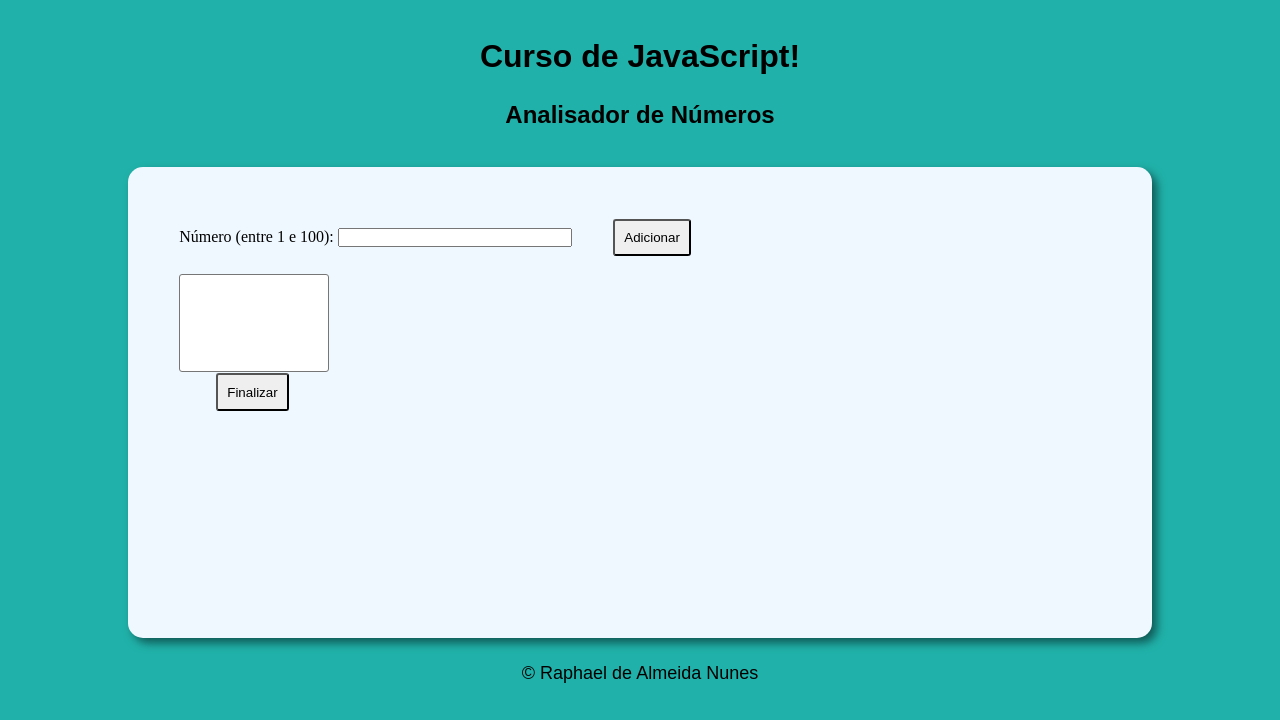
Repository: raphaanunes/codigos
Page: Cursos JavaScript/exercício/analisador de números/analisador.html
These files come from the project's save history. The page is drawn as it stood at one moment and after the next save; the edit follows.
The browser window is 1280 px wide. The pictures show the whole page.

Above is the page before, as saved 2024-08-11 14:22:48.

### Cursos JavaScript/exercício/analisador de números/analisador.html
<!DOCTYPE html>
<html lang="pt-BR">

<head>
    <meta charset="UTF-8">
    <meta name="viewport" content="width=device-width, initial-scale=1.0">
    <title> Analisador de Números </title>

    <link rel="stylesheet" href="analisador.css">


</head>

<body>
    <h1> Curso de JavaScript!</h1>
    <h2> Analisador de Números </h2>

    <section> <!-- aqui comeca a section -->


        <div>

            Número (entre 1 e 100):
            <input type="number" name="fnum" id="fnum">
            <input type="button" id="botao" value="Adicionar" onclick="adicionar()">
            <br><select name="flista" id="flista" size="6"></select>
            <br><input type="button" id="botao" value="Finalizar">

        </div>
        <div id="res">

        </div>
    </section><!-- aqui termina o section -->

    <footer>
        <p> &copy; Raphael de Almeida Nunes </p>
    </footer>
    <script src="analisador.js"></script>
</body>

</html>

### Cursos JavaScript/exercício/analisador de números/analisador.css
@charset "UTF-8";
/* geral */
* {
    padding: 0;
    margin: 0;
}
body {
    background-color: lightseagreen;
    color: black;
}

/* seção  */
section{

    background-color: aliceblue;
    width: 80%;
    height: 10%;
    margin-left: auto;
    margin-right: auto;
    margin-top: 3%;
    border-radius: 15px;
    padding: 0% 0% 5% 0%;
    box-shadow: 5px 5px 10px rgba(0, 0, 0, 0.5);

}
h1 {
    font-family: sans-serif;
    font-size: xx-large;
    text-align: center;
    margin-top: 3%;
    color: black;
}

h2 {
    font-family: sans-serif;
    font-size: x-large;
    text-align: center;
    margin: 2%;
    color: black;
}

p{
    font-family: sans-serif;
    font-size: large;
}

    /* input */

    input{width: 25%;}
    input {margin-bottom: 1%;}

    /* botao*/

input#botao{
        padding: 1%;
        width:fit-content;
        margin-left: 4%;
        border-radius: 3px;
    }

div{
    padding: 5%;

}

/* rodape */

footer{
    font-family: 'Franklin Gothic Medium', 'Arial Narrow', Arial, sans-serif;
    text-align: center;
    padding: 1%;
    color: black;

    width: 25%;
    margin-left: auto;
    margin-right:auto ;
    margin-top: 1%;
    border-radius: 15px;
}

select#flista{
    width: 150px;
    margin-left: auto;
    margin-right:auto ;
    margin-top: 1%;
    border-radius: 3px;
}

### Cursos JavaScript/exercício/analisador de números/analisador.js
let num = document.querySelector('input#fnum');
let lista = document.querySelector('select#flista');
let res = document.querySelector('div#res');
let valores = []


function isNumero(n){
    if(Number(n) >= 1 && Number(n) <= 100){
        return true
    } else {
        return false
    }
}

function inLista(n, l){
    if (l.indexOf(Number(n)) != -1){
        return true
    } else {
        return false
    }
}


function adicionar(){
    if(isNumero(num.value) && !inLista(num.value, valores)) {
    } else {
        window.alert('Valor inválido ou já encontrado na lista')
    }
}

After the next save:
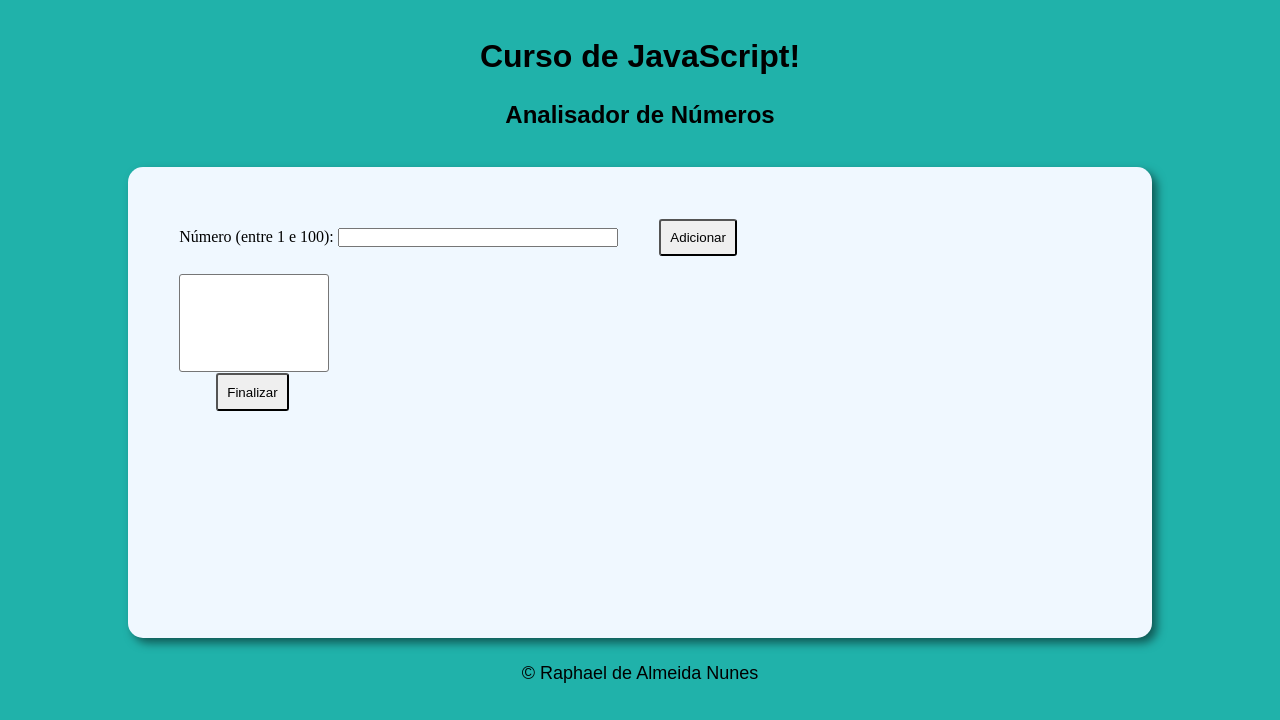
Saved 4 s later.
--- a/Cursos JavaScript/exercício/analisador de números/analisador.css
+++ b/Cursos JavaScript/exercício/analisador de números/analisador.css
@@ -46,7 +46,7 @@ p{
 
     /* input */
 
-    input{width: 25%;}
+    input{width: 30%;}
     input {margin-bottom: 1%;}
 
     /* botao*/
